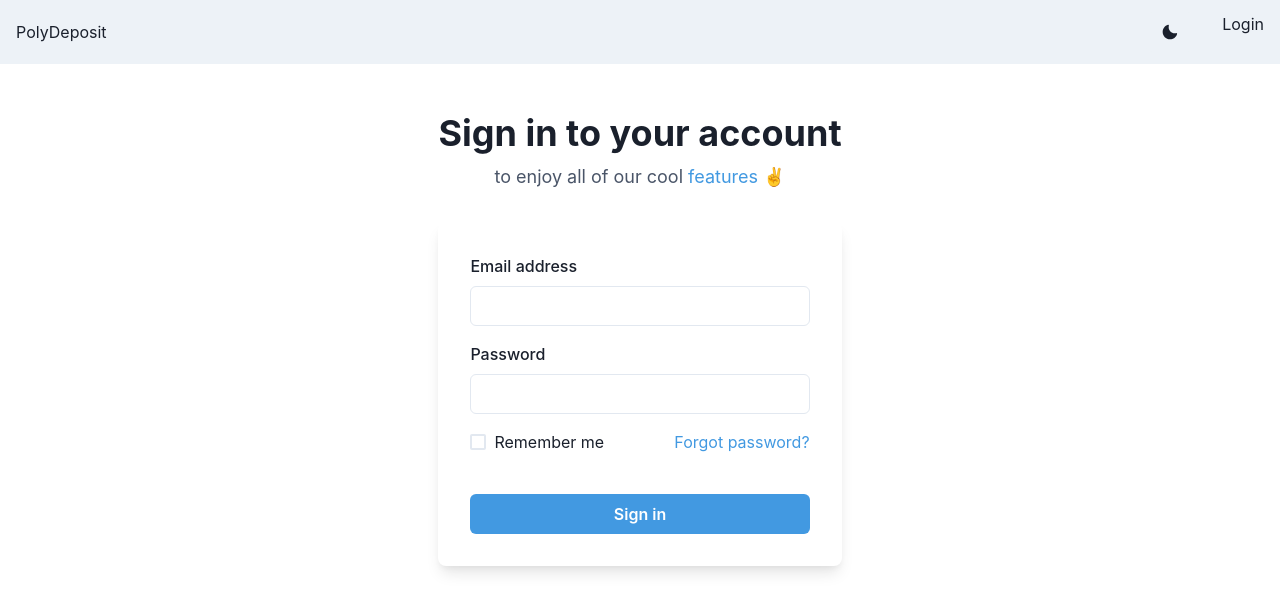
Repository: junghochoi-playground/PolyDeposit
Page: /login (app in poly-deposit-fe/)
An editor plug-in stored every save of this project. The page is shown before and after the next save, followed by the edit.
The browser window is 1280 px wide. The pictures show the whole page.
The project was rebuilt for these pictures with package versions that can differ from the ones it lists, and the page was loaded fresh each time. The framework's server and built-in components were replaced by stand-ins that run in the browser. Also part of the build but not shown: poly-deposit-fe/next.config.js.

Above is the page before, as saved 2022-07-09 17:12:42.

After the next save:
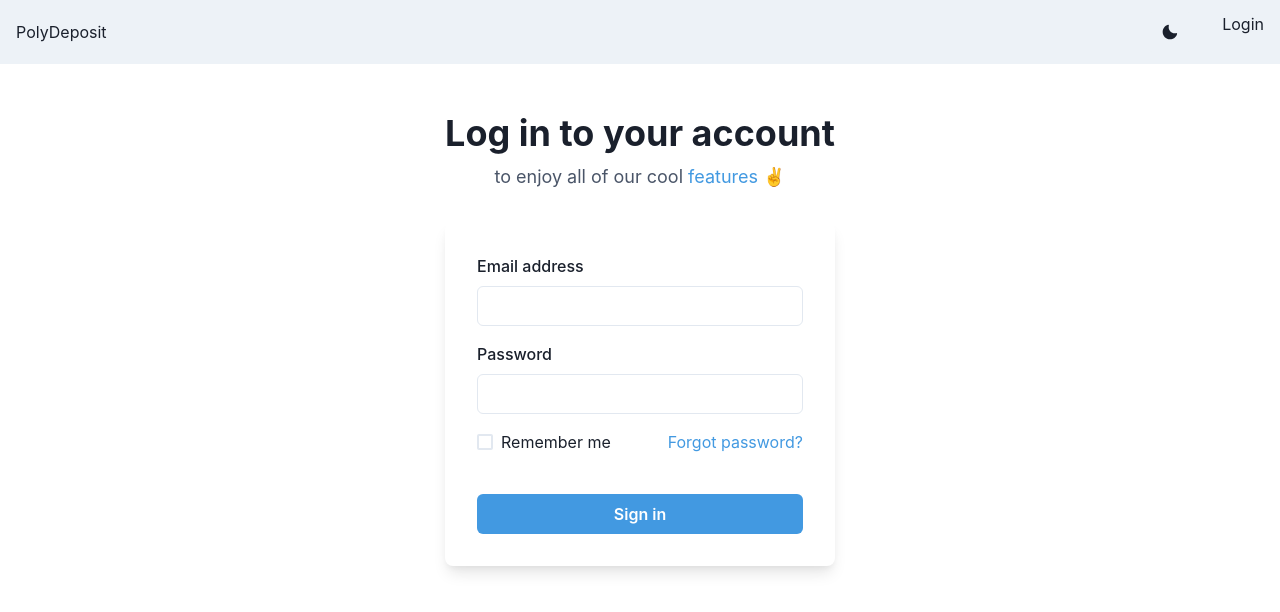
Saved 15 s later.
--- a/poly-deposit-fe/pages/login/index.tsx
+++ b/poly-deposit-fe/pages/login/index.tsx
@@ -20,7 +20,7 @@ import {
         justify={'center'}>
         <Stack spacing={8} mx={'auto'} maxW={'lg'} py={12} px={6}>
           <Stack align={'center'}>
-            <Heading fontSize={'4xl'}>Sign in to your account</Heading>
+            <Heading fontSize={'4xl'}>Log in to your account</Heading>
             <Text fontSize={'lg'} color={'gray.600'}>
               to enjoy all of our cool <Link color={'blue.400'}>features</Link> ✌️
             </Text>
